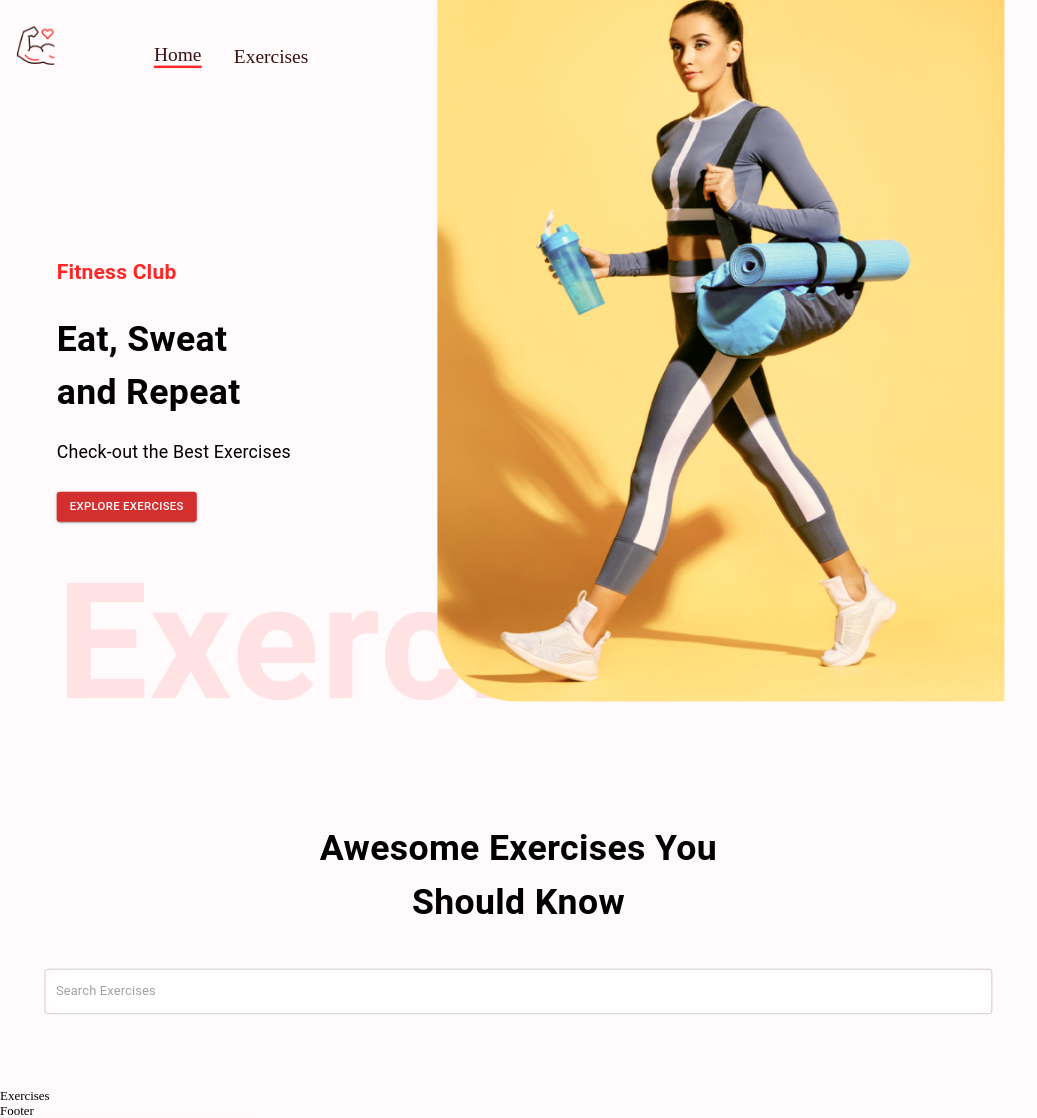
Repository: remydev47/fitness-center
Page: /
These files come from the project's save history. The page is drawn as it stood at one moment and after the next save; the edit follows.
The browser window is 1280 px wide. The pictures show the whole page, at 81% of full size.
The project was rebuilt for these pictures with package versions that can differ from the ones it lists, and the page was loaded fresh each time. Also part of the build but not shown: src/pages/ExerciseDetail.js.

Above is the page before, as saved 2022-07-26 01:11:50.

After the next save:
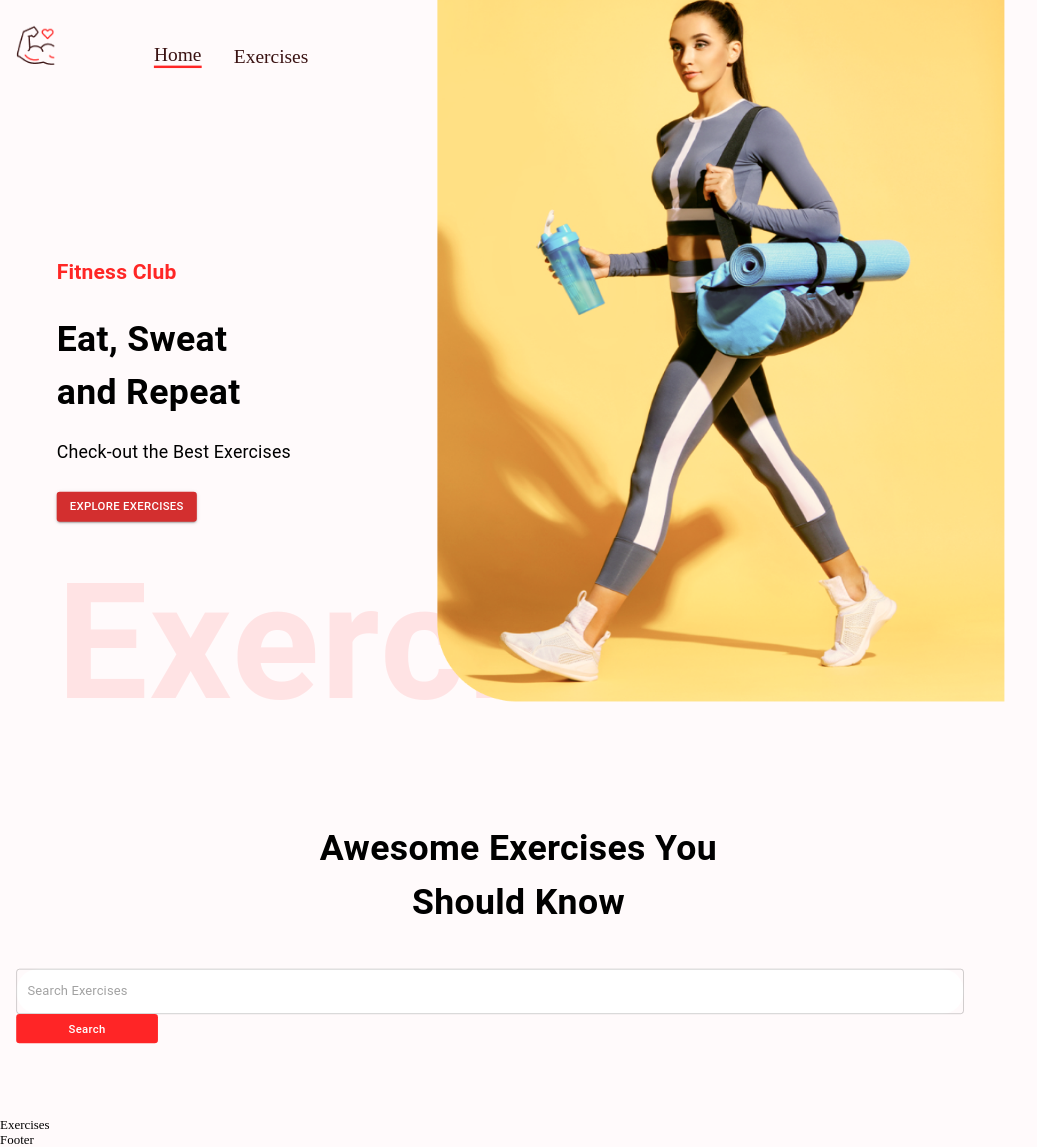
Saved 5 min 32 s later.
--- a/src/components/SearchExercises.js
+++ b/src/components/SearchExercises.js
@@ -45,6 +45,20 @@ const SearchExercises = () => {
               placeholder="Search Exercises"
               type="Text"
             />
+            <Button
+             className="search-btn"
+             sx={{
+                bgcolor: "#FF2526",
+                color: "#FFF",
+                textTransform: 'none',
+                width: {
+                    lg : '175px',
+                    xs: '80px'
+                }
+             }}
+            >
+                Search
+            </Button>
         </Box>
     </Stack>
   )
